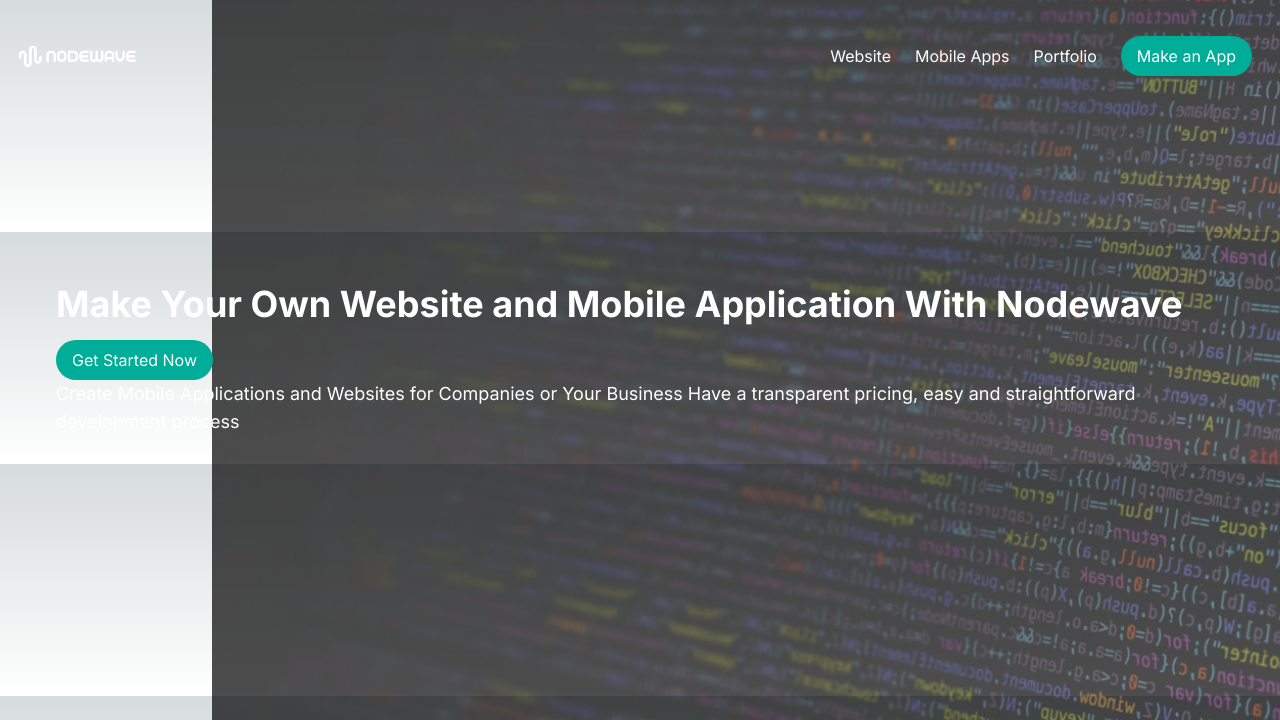
Repository: farrelmuhammad/nodewave
Page: /
These files come from the project's save history. The page is drawn as it stood at one moment and after the next save; the edit follows.
The browser window is 1280 px wide. The pictures show the whole page.
The project was rebuilt for these pictures with package versions that can differ from the ones it lists, and the page was loaded fresh each time. The framework's server and built-in components were replaced by stand-ins that run in the browser. Also part of the build but not shown: next.config.js.

Above is the page before, as saved 2023-09-08 13:38:58.

### src/app/page.js
import Hero from '@/components/Hero'
import Navbar from '@/components/Navbar'

export default function Home() {
  return (
    <>
      <Navbar />
      <Hero />
    </>
  )
}

### src/app/globals.css
@tailwind base;
@tailwind components;
@tailwind utilities;

@import url('https://fonts.googleapis.com/css2?family=Poppins:wght@300;400;500;600;700&display=swap');

:root {
  --foreground-rgb: 0, 0, 0;
  --background-start-rgb: 214, 219, 220;
  --background-end-rgb: 255, 255, 255;
  font-family: 'Poppins', sans-serif;
}

@media (prefers-color-scheme: dark) {
  :root {
    --foreground-rgb: 255, 255, 255;
    --background-start-rgb: 0, 0, 0;
    --background-end-rgb: 0, 0, 0;
  }
}

body {
  color: rgb(var(--foreground-rgb));
  background: linear-gradient(
      to bottom,
      transparent,
      rgb(var(--background-end-rgb))
    )
    rgb(var(--background-start-rgb));
}

@media only screen and (max-width: 768px) {
  .hero .hero-image,
  .hero .hero-caption {
    min-height: 90vh;
  }
  .hero .hero-cta {
    @apply w-12 h-12;
    transform: translateX(-75px) translateY(-50%);
    background-size: 37.5%;
  }
}

### src/components/Hero.jsx
import React from "react";
import Image from "next/image";

const Hero = () => {
  return (
    <main className="flex h-full items-center justify-between p-24 mb-10">
      <div
        className="absolute inset-0 bg-cover bg-center max-w-screen h-auto top-[-89px] left-[212px] bg-opacity-50 bg-black"
        style={{
          backgroundImage: 'url("/assets/background.png")',
        }}
      ></div>

      <div className="absolute inset-0 flex items-center justify-start px-14">
        <div className="text-white">
          <h1 className="text-4xl font-bold mb-4">
            Make Your Own Website and Mobile Application With Nodewave
          </h1>
          <button class="px-4 py-2 bg-[#00AD98] rounded-full">
            <a
              href="#"
              class="text-black md:text-white hover:underline whitespace-nowrap overflow-ellipsis"
            >
              Get Started Now
            </a>
          </button>
          <p className="text-lg">
            Create Mobile Applications and Websites for Companies or Your
            Business Have a transparent pricing, easy and straightforward
            development process
          </p>
        </div>
      </div>
    </main>
  );
};

export default Hero;

### src/components/Navbar.jsx
import React from "react";
import Image from "next/image";

const Navbar = () => {
  return (
    <header class="absolute w-full z-50 px-4">
      <div class="container mx-auto py-5">
        <div class="flex flex-stretch items-center">
          <div class="w-56 items-center flex">
            <Image src="/assets/Logo.png" width={226} height={100} alt="Nodewave" />
          </div>
          <div class="w-full"></div>
          <div class="w-auto py-4">
            <ul
              class="fixed bg-white inset-0 flex flex-col invisible items-center justify-center opacity-0 md:visible md:flex-row md:bg-transparent md:relative md:opacity-100 md:flex md:items-center"
              id="menu"
            >
              <li class="mx-3 py-6 md:py-0">
                <a href="#" class="text-black md:text-white hover:underline">
                  Website
                </a>
              </li>
              <li class="mx-3 py-6 md:py-0">
                <a
                  href="#"
                  class="text-black md:text-white hover:underline whitespace-nowrap overflow-ellipsis"
                >
                  Mobile Apps
                </a>
              </li>
              <li class="mx-3 py-6 md:py-0">
                <a href="#" class="text-black md:text-white hover:underline">
                  Portfolio
                </a>
              </li>
              <li class="mx-3 py-6 md:py-0">
                <button class="px-4 py-2 bg-[#00AD98] rounded-full">
                  <a
                    href="#"
                    class="text-black md:text-white hover:underline whitespace-nowrap overflow-ellipsis"
                  >
                    Make an App
                  </a>
                </button>
              </li>
            </ul>
          </div>
          <div class="w-auto">
            <ul class="items-center flex">
              <li class="ml-6 block md:hidden">
                <button
                  id="menu-toggler"
                  class="relative flex z-50 items-center justify-center w-8 h-8 text-black md:text-white focus:outline-none"
                >
                  <svg
                    class="fill-current"
                    width="18"
                    height="17"
                    viewBox="0 0 18 17"
                  >
                    <path d="M15.9773 0.461304H1.04219C0.466585 0.461304 0 0.790267 0 1.19609C0 1.60192 0.466668 1.93088 1.04219 1.93088H15.9773C16.5529 1.93088 17.0195 1.60192 17.0195 1.19609C17.0195 0.790208 16.5529 0.461304 15.9773 0.461304Z" />
                    <path d="M15.9773 7.68802H1.04219C0.466585 7.68802 0 8.01698 0 8.42281C0 8.82864 0.466668 9.1576 1.04219 9.1576H15.9773C16.5529 9.1576 17.0195 8.82864 17.0195 8.42281C17.0195 8.01692 16.5529 7.68802 15.9773 7.68802Z" />
                    <path d="M15.9773 14.9147H1.04219C0.466585 14.9147 0 15.2437 0 15.6495C0 16.0553 0.466668 16.3843 1.04219 16.3843H15.9773C16.5529 16.3843 17.0195 16.0553 17.0195 15.6495C17.0195 15.2436 16.5529 14.9147 15.9773 14.9147Z" />
                  </svg>
                </button>
              </li>
            </ul>
          </div>
        </div>
      </div>
    </header>
  );
};

export default Navbar;

Loaded but not shown: src/app/layout.js (common file); tailwind.config.js (common file); src/components/Product.jsx (common file)

After the next save:
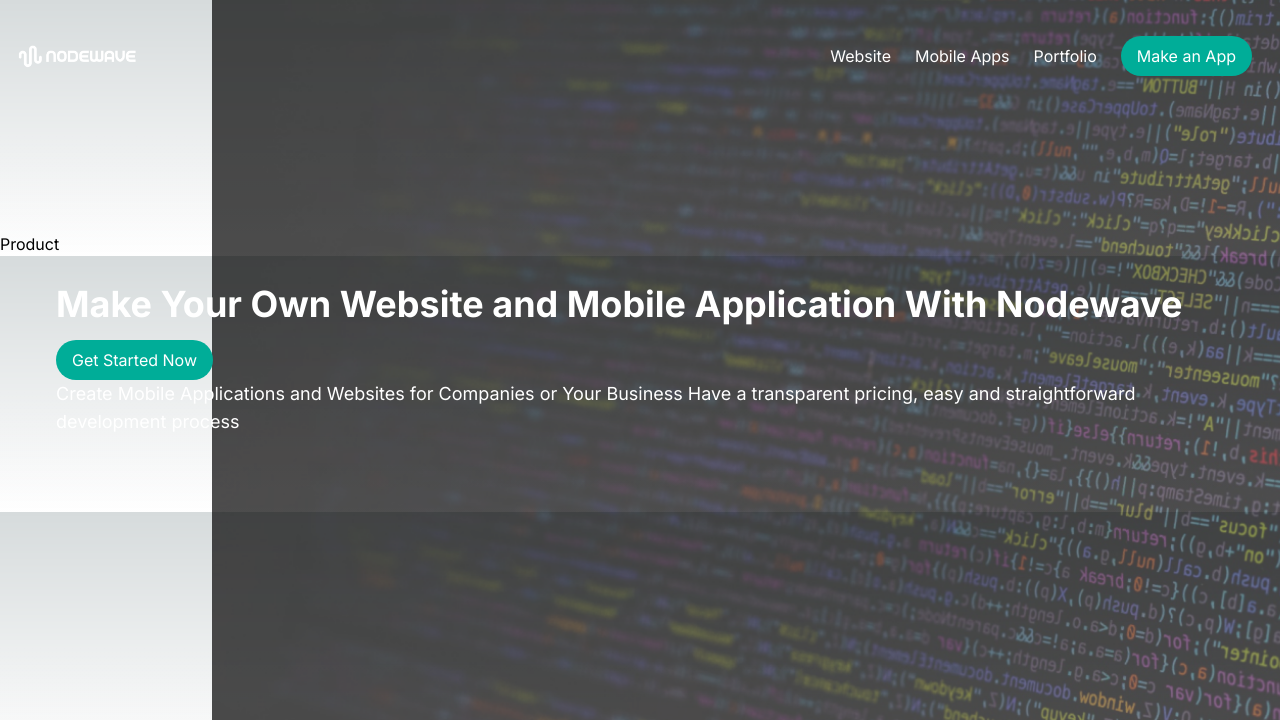
Saved 14 s later.
--- a/src/app/page.js
+++ b/src/app/page.js
@@ -1,11 +1,13 @@
 import Hero from '@/components/Hero'
 import Navbar from '@/components/Navbar'
+import Product from '@/components/Product'
 
 export default function Home() {
   return (
     <>
       <Navbar />
       <Hero />
+      <Product />
     </>
   )
 }
